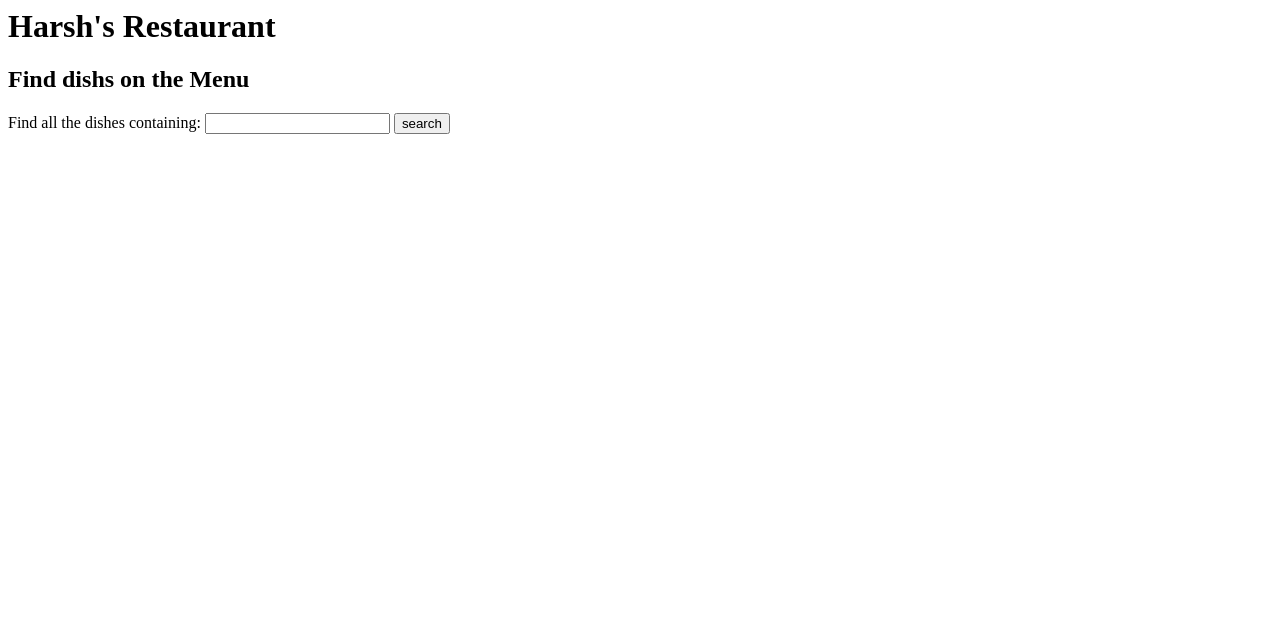
Repository: Harsh-rm/Java
Page: Projects/Restaurant/src/main/webapp/search.html
The author's editor kept a copy of each file at every save. The page is drawn from the files as they stood at one save, then again after the next save.
The browser window is 1280 px wide. The pictures show the whole page.

Above is the page before, as saved 2023-09-02 21:14:17.

After the next save:
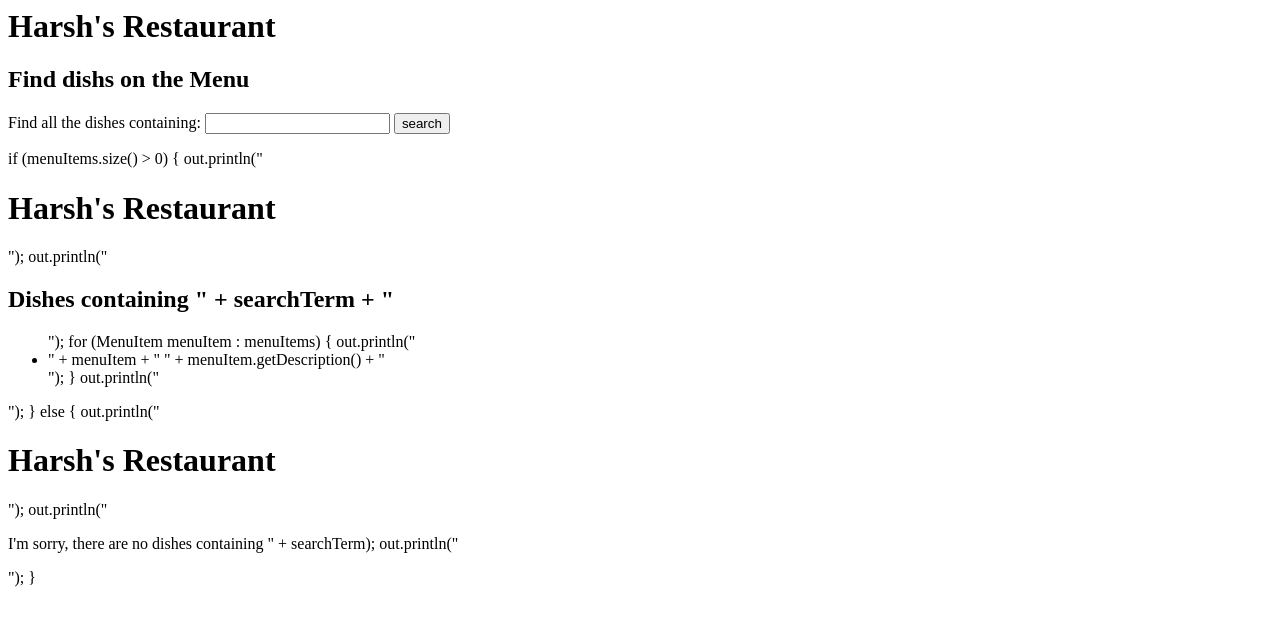
Saved 34 s later.
--- a/Projects/Restaurant/src/main/webapp/search.html
+++ b/Projects/Restaurant/src/main/webapp/search.html
@@ -10,3 +10,20 @@
 		</form>
 	</body>
 </html>
+
+
+		if (menuItems.size() > 0) {
+
+			out.println("<html><body><h1>Harsh's Restaurant</h1>");
+			out.println("<h2>Dishes containing " + searchTerm + "</h2><ul>");
+			for (MenuItem menuItem : menuItems) {
+				out.println("<li>" + menuItem + " " + menuItem.getDescription() + "</li>");
+			}
+
+			out.println("</ul></body></html>");
+		}
+		else {
+			out.println("<html><body><h1>Harsh's Restaurant</h1>");
+			out.println("<p>I'm sorry, there are no dishes containing " + searchTerm);
+			out.println("</p></body></html>");
+		}
